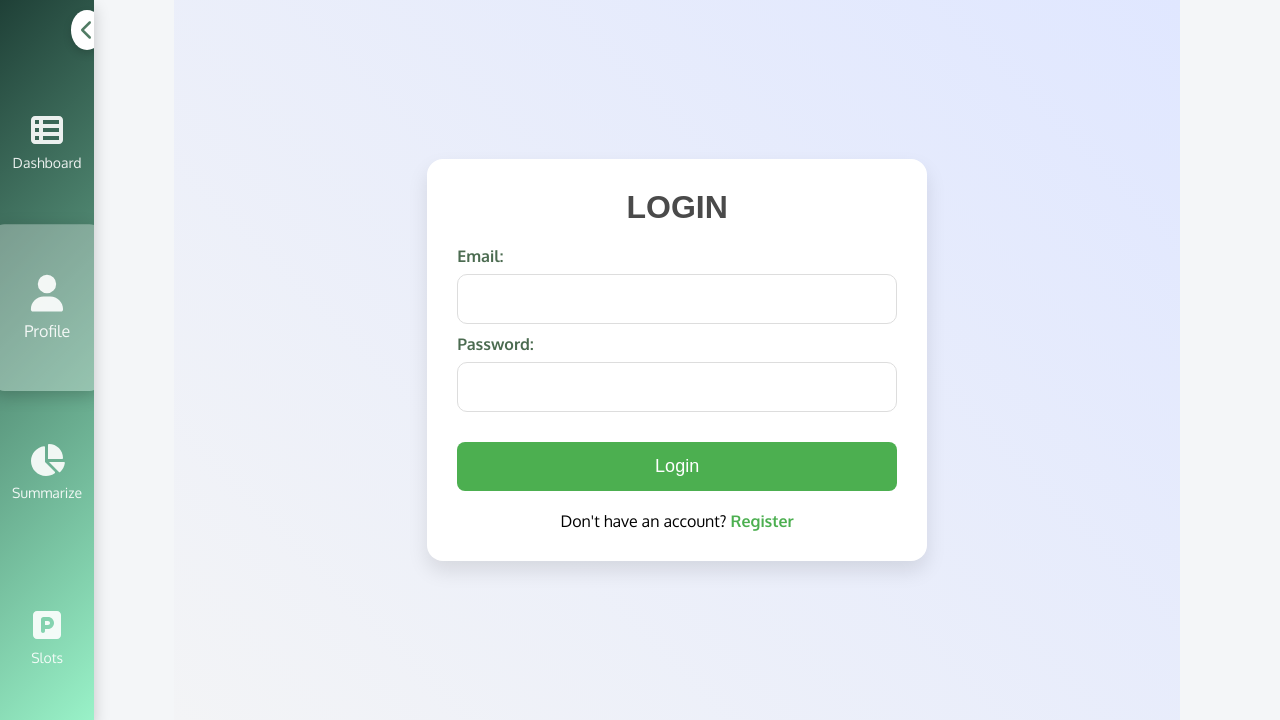
Repository: minhnhat2803/Thesis-Web-Mobile
Page: /slots (app in client/)
These files come from the project's save history. The page is drawn as it stood at one moment and after the next save; the edit follows.
The browser window is 1280 px wide. The pictures show the whole page.
The project was rebuilt for these pictures with package versions that can differ from the ones it lists, and the page was loaded fresh each time. Also part of the build but not shown: client/vite.config.js, client/src/styles/Header.module.css, client/src/components/Header.jsx, client/src/styles/pages/Dashboard.module.css, client/src/actions/index.js, client/src/components/Dashboard.jsx, client/src/styles/Table.module.css, client/src/components/Table.jsx and 3 more.

Above is the page before, as saved 2025-01-03 20:49:50.

### client/index.html
<!DOCTYPE html>
<html lang="en">
  <head>
    <meta charset="UTF-8" />
    <link rel="icon" type="image/svg+xml" href="/vite.svg" />
    <meta name="viewport" content="width=device-width, initial-scale=1.0" />
    <title>ASPS - Smart Parking Administration Website</title>
  </head>
  <body>
    <div id="root"></div>
    <script type="module" src="./src/main.jsx"></script>
  </body>
</html>

### client/src/main.jsx
import React from "react";
import ReactDOM from "react-dom/client";
import App from "./App";
import "./global.css";

ReactDOM.createRoot(document.getElementById("root")).render(
  <React.StrictMode>
    <App />
  </React.StrictMode>
);

### client/src/App.jsx
import React from "react";
import { BrowserRouter as Router, Routes, Route } from "react-router-dom";
import TabBar from "./components/TabBar";
import styles from "./styles/Container.module.css";
import classNames from "classnames/bind";
import Header from "./components/Header";
import Content from "./components/Dashboard";
import Table from "./components/Table";
import Slots from "./pages/Slots";
import Profile from "./pages/Profile";
import Summarize from "./pages/Summarize";
import ProtectedRoute from "../src/config/ProtectedRoute";
import { AuthProvider } from "../src/config/AuthContext";
import { ToastContainer } from "react-toastify";
import "react-toastify/dist/ReactToastify.css";

const cx = classNames.bind(styles);

function App() {
  return (
    <AuthProvider>
      <Router>
        <div className={cx("container")}>
          <ToastContainer />
          <div className={cx("dashboard-container")}>
            <TabBar />
            <div className={cx("main-content")}>
              <Routes>
                <Route path="/profile" element={<Profile />} />
                <Route
                  path="/dashboard"
                  element={
                    <ProtectedRoute>
                      <>
                        <Header />
                        <Content />
                        <Table />
                      </>
                    </ProtectedRoute>
                  }
                />
                <Route
                  path="/slots"
                  element={
                    <ProtectedRoute>
                      <Slots />
                    </ProtectedRoute>
                  }
                />
                <Route
                  path="/summarize"
                  element={
                    <ProtectedRoute>
                      <Summarize />
                    </ProtectedRoute>
                  }
                />
              </Routes>
            </div>
          </div>
        </div>
      </Router>
    </AuthProvider>
  );
}

export default App;

### client/src/global.css
@import url("https://fonts.googleapis.com/css2?family=Oxygen:wght@300;400;700&display=swap");

* {
  margin: 0;
  padding: 0;
  box-sizing: border-box;
}

body {
  background-color: #f4f6f8;
  font-family: "Oxygen", sans-serif;
  min-width: 100vh;
  overflow: auto;
}

@media screen and (min-width: 740px) and (max-width: 1024px) {
  body {
    background-color: #cae8d9;
    font-family: "Oxygen", sans-serif;
    min-width: 740px;
    overflow: auto;
  }
}

@media (max-width: 739px) {
  body {
    background-color: #cae8d9;
    font-family: "Oxygen", sans-serif;
    min-width: 740px;
    overflow: auto;
  }
}

### client/src/components/TabBar.jsx
import React, { useEffect, useState } from "react";
import { useNavigate, useLocation } from "react-router-dom";
import classNames from "classnames/bind";
import styles from "../styles/TabBar.module.css";
import { FontAwesomeIcon } from "@fortawesome/react-fontawesome";
import {
  faTableList,
  faUser,
  faParking,
  faChartPie,
  faChevronLeft,
  faChevronRight,
} from "@fortawesome/free-solid-svg-icons";
import { motion } from "framer-motion";

const cx = classNames.bind(styles);

const tabs = [
  {
    index: 0,
    title: "Dashboard",
    icon: faTableList,
    path: "/dashboard",
  },
  {
    index: 1,
    title: "Profile",
    icon: faUser,
    path: "/profile",
  },
  {
    index: 2,
    title: "Summarize",
    icon: faChartPie,
    path: "/summarize",
  },
  {
    index: 3,
    title: "Slots",
    icon: faParking,
    path: "/slots",
  },
];

function TabBar() {
  const [click, setClick] = useState(0);
  const [isCollapsed, setIsCollapsed] = useState(false);
  const navigate = useNavigate();
  const location = useLocation();

  useEffect(() => {
    const currentTab = tabs.findIndex((tab) => tab.path === location.pathname);
    if (currentTab !== -1) {
      setClick(currentTab);
    }
  }, [location.pathname]);

  const handleTabClick = (index, path) => {
    setClick(index);
    navigate(path);
  };

  const toggleTabBar = () => {
    setIsCollapsed(!isCollapsed);
  };

  return (
    <div className={cx("tabBar-container", { collapsed: isCollapsed })}>
      <motion.div
        className={cx("toggle-container")}
        onClick={toggleTabBar}
        whileHover={{ scale: 1.2, rotate: 10 }}
        whileTap={{ scale: 0.9 }}
      >
        <FontAwesomeIcon
          icon={isCollapsed ? faChevronRight : faChevronLeft}
          size="lg"
        />
      </motion.div>

      <div className={cx("tabs")}>
        {tabs.map((tab, index) => (
          <motion.div
            key={index}
            onClick={() => handleTabClick(index, tab.path)}
            className={cx("tabCell-container", { active: click === index })}
            whileHover={{
              scale: 1.1,
              backgroundColor: "rgba(255, 255, 255, 0.2)",
            }}
            whileTap={{ scale: 0.95 }}
            style={{
              height: `calc(100% / ${tabs.length})`,
            }}
          >
            <FontAwesomeIcon size="2x" icon={tab.icon} />
            {!isCollapsed && (
              <motion.p
                className={cx("tabCell-title")}
                initial={{ opacity: 0, x: -10 }}
                animate={{ opacity: 1, x: 0 }}
                transition={{ delay: 0.2 }}
              >
                {tab.title}
              </motion.p>
            )}
          </motion.div>
        ))}
      </div>
    </div>
  );
}

export default TabBar;

### client/src/styles/Container.module.css
.dashboard-container {
    width: 100%;
    height: 100vh;
    background-color: #f4f6f8;
    display: flex;
}

.main-content {
    width: 100%;
    margin-left: 80px;
    margin-right: 100px;
}

@media screen and (min-width: 740px) and (max-width: 1024px) {
    .dashboard-container {
        width: 100vw;
        height: auto;
        background-color: #f4f6f8;
        overflow: hidden;
        display: flex;
        box-shadow: 5px 16px 10px rgba(0, 0, 0, 0.1);
    }

    .main-content {
        width: 100vw;
        margin-left: 0px;
        margin-right: 0px;
    }
}

@media (max-width: 739px) {
    .dashboard-container {
        width: 100vw;
        height: auto;
        background-color: #f4f6f8;
        overflow: hidden;
        display: flex;
        flex-direction: column;
        box-shadow: 5px 16px 10px rgba(0, 0, 0, 0.1);
    }
    .main-content {
        width: 100vw;
        margin-left: 0px;
        margin-right: 0px;
    }
}

### client/src/pages/Profile.jsx
import React, { useState, useEffect } from "react";
import styles from "../styles/pages/Profile.module.css";
import { auth } from "../config/firebase";
import { createUserWithEmailAndPassword, signInWithEmailAndPassword } from "firebase/auth";
import { useAuth } from "../config/AuthContext";

function Profile() {
  const { login, logout } = useAuth();
  const [isLogin, setIsLogin] = useState(true);
  const [userInfo, setUserInfo] = useState(null);

  useEffect(() => {
    const storedUserInfo = localStorage.getItem("userInfo");
    if (storedUserInfo) {
      setUserInfo(JSON.parse(storedUserInfo));
    }
  }, []);

  useEffect(() => {
    if (userInfo) {
      localStorage.setItem("userInfo", JSON.stringify(userInfo));
    }
  }, [userInfo]);

  const handleLoginSubmit = async (e) => {
    e.preventDefault();
    const email = e.target.elements[0].value;
    const password = e.target.elements[1].value;

    try {
      const userCredential = await signInWithEmailAndPassword(auth, email, password);
      const currentDateTime = new Date().toLocaleString();
      const loggedInUserInfo = {
        email: userCredential.user.email,
        lastLogin: currentDateTime,
      };

      login(loggedInUserInfo);
      setUserInfo(loggedInUserInfo);
    } catch (error) {
      alert("Login failed: " + error.message);
    }
  };

  const handleRegisterSubmit = async (e) => {
    e.preventDefault();
    const email = e.target.elements[0].value;
    const password = e.target.elements[1].value;
    const confirmPassword = e.target.elements[2].value;

    if (password !== confirmPassword) {
      alert("Passwords do not match!");
      return;
    }

    try {
      const userCredential = await createUserWithEmailAndPassword(auth, email, password);
      const registeredUserInfo = {
        email: userCredential.user.email,
        lastLogin: new Date().toLocaleString(),
      };

      login(registeredUserInfo);
      setUserInfo(registeredUserInfo);
      setIsLogin(true);
    } catch (error) {
      alert("Registration failed: " + error.message);
    }
  };

  const handleLogout = () => {
    setUserInfo(null);
    logout();
    localStorage.removeItem("userInfo");
  };

  return (
    <div className={styles.profileContainer}>
      <div className={styles.formContainer}>
        {userInfo ? (
          <div className={styles.profileDetails}>
            <h2>Profile Information</h2>
            <p>Email: {userInfo.email}</p>
            <p>Last Login: {userInfo.lastLogin}</p>
            <button onClick={handleLogout}>Logout</button>
          </div>
        ) : isLogin ? (
          <div className={styles.loginForm}>
            <h2>LOGIN</h2>
            <form onSubmit={handleLoginSubmit}>
              <label>Email: <input type="email" required /></label>
              <label>Password: <input type="password" required /></label>
              <button type="submit">Login</button>
            </form>
            <p className={styles.toggleForm}>
              Don't have an account?{" "}
              <span onClick={() => setIsLogin(false)} className={styles.registerLink}>Register</span>
            </p>
          </div>
        ) : (
          <div className={styles.registerForm}>
            <h2>REGISTER</h2>
            <form onSubmit={handleRegisterSubmit}>
              <label>Email: <input type="email" required /></label>
              <label>Password: <input type="password" required /></label>
              <label>Confirm Password: <input type="password" required /></label>
              <button type="submit">Register</button>
            </form>
            <p className={styles.toggleForm}>
              Already have an account?{" "}
              <span onClick={() => setIsLogin(true)} className={styles.loginLink}>Login</span>
            </p>
          </div>
        )}
      </div>
    </div>
  );
}

export default Profile;

### client/src/config/ProtectedRoute.jsx
import React from "react";
import { Navigate } from "react-router-dom";
import { useAuth } from "./AuthContext";

function ProtectedRoute({ children }) {
  const { user } = useAuth();

  return user ? children : <Navigate to="/profile" />;
}

export default ProtectedRoute;

### client/src/config/AuthContext.js
// AuthContext.js
import React, { createContext, useContext, useState, useEffect } from "react";

const AuthContext = createContext();

export function AuthProvider({ children }) {
  const [user, setUser] = useState(null);

  useEffect(() => {
    const storedUser = localStorage.getItem("userInfo");
    if (storedUser) {
      setUser(JSON.parse(storedUser));
    }
  }, []);

  const login = (userInfo) => {
    setUser(userInfo);
    localStorage.setItem("userInfo", JSON.stringify(userInfo));
  };

  const logout = () => {
    setUser(null);
    localStorage.removeItem("userInfo");
  };

  return (
    <AuthContext.Provider value={{ user, login, logout }}>
      {children}
    </AuthContext.Provider>
  );
}

export function useAuth() {
  return useContext(AuthContext);
}

### client/src/styles/TabBar.module.css
.tabBar-container {
  width: 120px;
  background: linear-gradient(135deg, #1f4037, #99f2c8);
  border-right: none;
  box-shadow: 0 8px 15px rgba(0, 0, 0, 0.2);
  display: flex;
  flex-direction: column;
  justify-content: space-between;
  transition: all 0.5s cubic-bezier(0.4, 0, 0.2, 1);
  position: relative;
  overflow: hidden;
}

.tabBar-container.collapsed {
  width: 60px;
}

.toggle-container {
  position: absolute;
  top: 10px;
  right: -9px;
  cursor: pointer;
  z-index: 10;
  background-color: #fff;
  color: #517c64;
  padding: 10px;
  border-radius: 50%;
  box-shadow: 0 4px 8px rgba(0, 0, 0, 0.15);
  transition: transform 0.3s ease, box-shadow 0.3s ease;
}

.toggle-container:hover {
  box-shadow: 0 6px 12px rgba(0, 0, 0, 0.25);
}

.tabs {
  width: 100%;
  height: 100%;
  display: flex;
  flex-direction: column;
  justify-content: space-around;
  padding-top: 60px;
}

.tabCell-container {
  width: 100%;
  display: flex;
  flex-direction: column;
  justify-content: center;
  align-items: center;
  cursor: pointer;
  padding: 15px 0;
  transition: all 0.4s cubic-bezier(0.4, 0, 0.2, 1);
  border-radius: 10px;
  margin: 10px 0;
  color: rgba(255, 255, 255, 0.9);
  background: linear-gradient(135deg, transparent, transparent);
}

.tabCell-container:hover {
  background: linear-gradient(135deg, rgba(255, 255, 255, 0.2), rgba(255, 255, 255, 0.1));
  transform: scale(1.1);
}

.tabCell-title {
  margin-top: 8px;
  font-size: 14px;
  font-weight: 500;
  color: rgba(255, 255, 255, 0.9);
}

.tabCell-container.active {
  background: rgba(255, 255, 255, 0.3);
  box-shadow: 0 4px 15px rgba(0, 0, 0, 0.2);
  transform: scale(1.15);
}

@media (max-width: 739px) {
  .tabBar-container {
    width: 100vw;
    height: 10vh;
    flex-direction: row;
    align-items: center;
    background: linear-gradient(135deg, #99f2c8, #1f4037);
  }
  .tabs {
    flex-direction: row;
    justify-content: space-evenly;
    padding: 0;
  }
  .tabCell-container {
    flex-direction: column;
    margin: 0;
  }
}

### client/src/config/firebase.js
import { initializeApp } from "firebase/app";
import { getAuth } from "firebase/auth";

import { getFirestore } from "firebase/firestore";
const firebaseConfig = {
    apiKey: "AIzaSyBL6smHyIPLYk8AsCLDpU_Xcr4zFFii8rM",
    authDomain: "iot-smart-parking-72f94.firebaseapp.com",
    projectId: "iot-smart-parking-72f94",
    storageBucket: "iot-smart-parking-72f94.appspot.com",
    messagingSenderId: "144827756125",
    appId: "1:144827756125:web:6a4ce29fb31f48d54ae7b4",
    measurementId: "G-6L53JE2ZJF",
};

const app = initializeApp(firebaseConfig);
export const auth = getAuth(app);
export const db = getFirestore(app);

### client/src/styles/pages/Slots.module.css
:root {
    --primary-color: #007bff;
    --secondary-color: #dc3545;
    --neutral-light: #f8f9fa;
    --neutral-dark: #343a40;
    --neutral-border: #dee2e6;
    --card-shadow: 0px 6px 10px rgba(0, 0, 0, 0.1);
    --hover-shadow: 0px 8px 16px rgba(0, 0, 0, 0.15);
    --transition-time: 0.3s ease;
    --status-available: #28a745;
    --status-unavailable: #ff4d4d;
}

.container {
    display: flex;
    flex-direction: column;
    align-items: center;
    padding: 20px;
    font-family: "Arial", sans-serif;
    background-color: var(--neutral-light);
    min-height: 100vh;
}

.header {
    text-align: center;
    margin-bottom: 20px;
}

h1 {
    font-size: 28px;
    font-weight: bold;
    color: var(--neutral-dark);
}

.actions {
    display: flex;
    gap: 15px;
    align-items: center;
    margin-bottom: 30px;
}

.input {
    flex: 1;
    padding: 12px;
    border: 1px solid var(--neutral-border);
    border-radius: 8px;
    font-size: 16px;
    background-color: white;
    box-shadow: var(--card-shadow);
    outline: none;
    transition: box-shadow var(--transition-time);
}

.input:focus {
    box-shadow: var(--hover-shadow);
}

.addBtn,
.deleteBtn {
    padding: 10px 20px;
    border: none;
    border-radius: 8px;
    font-size: 16px;
    font-weight: bold;
    cursor: pointer;
    transition: all var(--transition-time);
    color: white;
    box-shadow: var(--card-shadow);
}

.addBtn {
    background-color: var(--primary-color);
}

.addBtn:hover {
    background-color: #0056b3;
    box-shadow: var(--hover-shadow);
}

.deleteBtn {
    background-color: var(--secondary-color);
}

.deleteBtn:hover {
    background-color: #c82333;
    box-shadow: var(--hover-shadow);
}

.parkingLot {
    display: flex;
    flex-direction: column;
    justify-content: center;
    width: 100%;
    padding: 20px;
}

.entryExit {
    display: flex;
    justify-content: space-between;
    align-items: center;
    margin-bottom: 20px;
}

.entry,
.exit {
    padding: 10px 20px;
    border: 2px solid var(--neutral-dark);
    border-radius: 8px;
    font-size: 18px;
    font-weight: bold;
    color: var(--neutral-dark);
    background-color: var(--neutral-light);
    text-align: center;
    display: flex;
    align-items: center;
}

.arrow {
    font-size: 24px;
    margin: 0 10px;
}

.parkingLotGrid {
    display: grid;
    grid-template-columns: repeat(3, 1fr); /* 3 cột */
    grid-template-rows: repeat(2, 1fr); /* 2 hàng */
    gap: 20px; /* Khoảng cách giữa các ô */
    width: 100%;
}

.slot {
    padding: 30px;
    border: 1px solid var(--neutral-border);
    border-radius: 8px;
    text-align: center;
    font-size: 18px;
    font-weight: bold;
    color: white;
    box-shadow: var(--card-shadow);
    transition: transform var(--transition-time), box-shadow var(--transition-time);
    position: relative;
    cursor: pointer;
}

.slot:hover {
    transform: translateY(-5px);
    box-shadow: var(--hover-shadow);
}

.available {
    background-color: var(--status-available);
}

.unavailable {
    background-color: var(--status-unavailable);
}

.status {
    margin-top: 10px;
    font-size: 14px;
    font-weight: normal;
    color: white;
    opacity: 0.8;
}

.selected {
    background-color: #ffc107; /* Màu vàng cho ô được chọn */
    box-shadow: 0px 8px 16px rgba(0, 0, 0, 0.2);
}

.selected:hover {
    transform: translateY(-5px);
    box-shadow: var(--hover-shadow);
}

.cameras {
    display: flex;
    justify-content: space-between;
    margin-top: 20px;
}

.camera {
    padding: 10px 20px;
    border: 2px solid var(--neutral-dark);
    border-radius: 8px;
    font-size: 18px;
    font-weight: bold;
    color: var(--neutral-dark);
    background-color: var(--neutral-light);
    text-align: center;
}

### client/src/styles/pages/Profile.module.css
.profileContainer {
  display: flex;
  justify-content: center;
  align-items: center;
  height: 100vh;
  background: linear-gradient(45deg, #f3f4f6, #e0e7ff);
  padding: 50px;
}

.formContainer {
  background-color: #ffffff;
  border-radius: 16px;
  box-shadow: 0px 10px 20px rgba(0, 0, 0, 0.1);
  padding: 30px;
  width: 100%;
  max-width: 500px;
  transition: all 0.3s ease;
  transform: translateY(30px);
  opacity: 0;
  animation: fadeInUp 0.8s forwards;
}

@keyframes fadeInUp {
  to {
    transform: translateY(0);
    opacity: 1;
  }
}

h2 {
  margin-bottom: 20px;
  font-size: 32px;
  font-family: 'Montserrat', sans-serif;
  text-align: center;
  color: #4a4a4a;
}

form {
  display: flex;
  flex-direction: column;
}

label {
  margin-bottom: 10px;
  font-weight: bold;
  color: #4b6b50;
}

input[type="email"],
input[type="password"] {
  width: 100%;
  padding: 15px;
  margin-top: 8px;
  border: 1px solid #ddd;
  border-radius: 10px;
  font-size: 16px;
  transition: border-color 0.3s ease-in-out;
}

input[type="email"]:focus,
input[type="password"]:focus {
  border-color: #4CAF50;
  outline: none;
}

button {
  padding: 14px;
  border: none;
  border-radius: 8px;
  background-color: #4CAF50;
  color: white;
  font-size: 18px;
  cursor: pointer;
  margin-top: 20px;
  transition: background-color 0.3s ease;
}

button:hover {
  background-color: #45a049;
}

/* Profile details */
.profileDetails {
  text-align: center;
  font-size: 16px;
}

.profileDetails button {
  padding: 12px;
  font-size: 16px;
  border-radius: 8px;
  background-color: #FF6F61;
  color: white;
  border: none;
  margin-top: 20px;
}

.profileDetails button:hover {
  background-color: #e65f56;
}

.loginForm p,
.registerForm p {
  text-align: center;
  margin-top: 20px;
}

.loginForm span,
.registerForm span {
  color: #4CAF50;
  font-weight: bold;
  cursor: pointer;
}

.loginForm span:hover,
.registerForm span:hover {
  text-decoration: underline;
}

@media (max-width: 768px) {
  .formContainer {
    width: 100%;
    max-width: 400px;
    padding: 20px;
  }
}

After the next save:
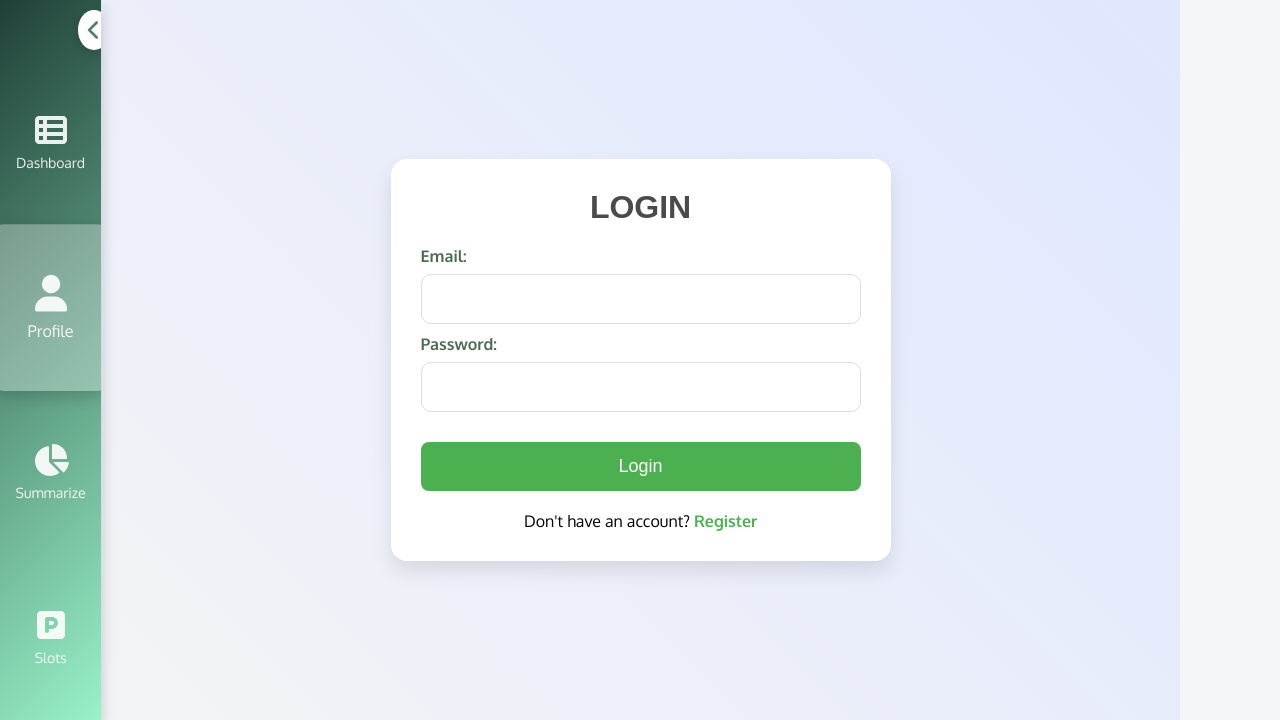
Saved 10 s later.
--- a/client/src/styles/Container.module.css
+++ b/client/src/styles/Container.module.css
@@ -7,6 +7,7 @@
 
 .main-content {
     width: 100%;
+    height
     margin-left: 80px;
     margin-right: 100px;
 }

After the 3 saves that followed:
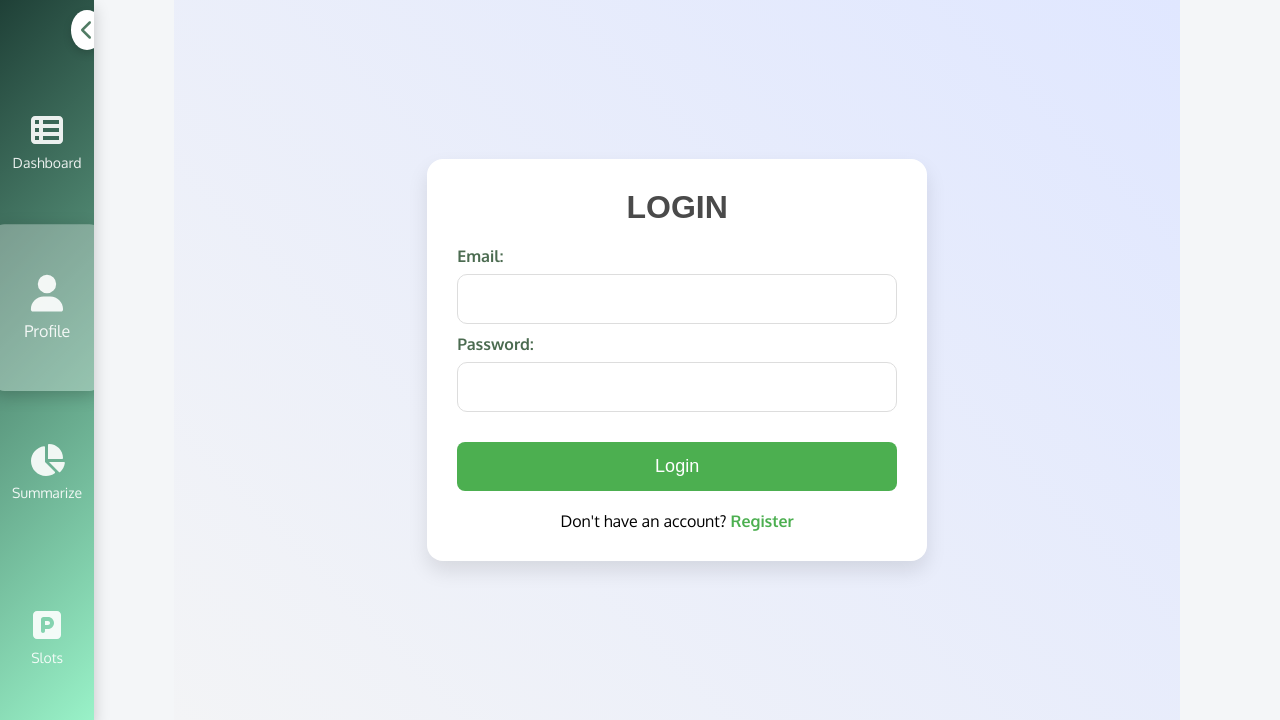
The 3 saves are shown as one change because they came seconds apart.
The last was saved 9 s later.
--- a/client/src/styles/Container.module.css
+++ b/client/src/styles/Container.module.css
@@ -7,7 +7,7 @@
 
 .main-content {
     width: 100%;
-    height
+    height: auto;
     margin-left: 80px;
     margin-right: 100px;
 }
